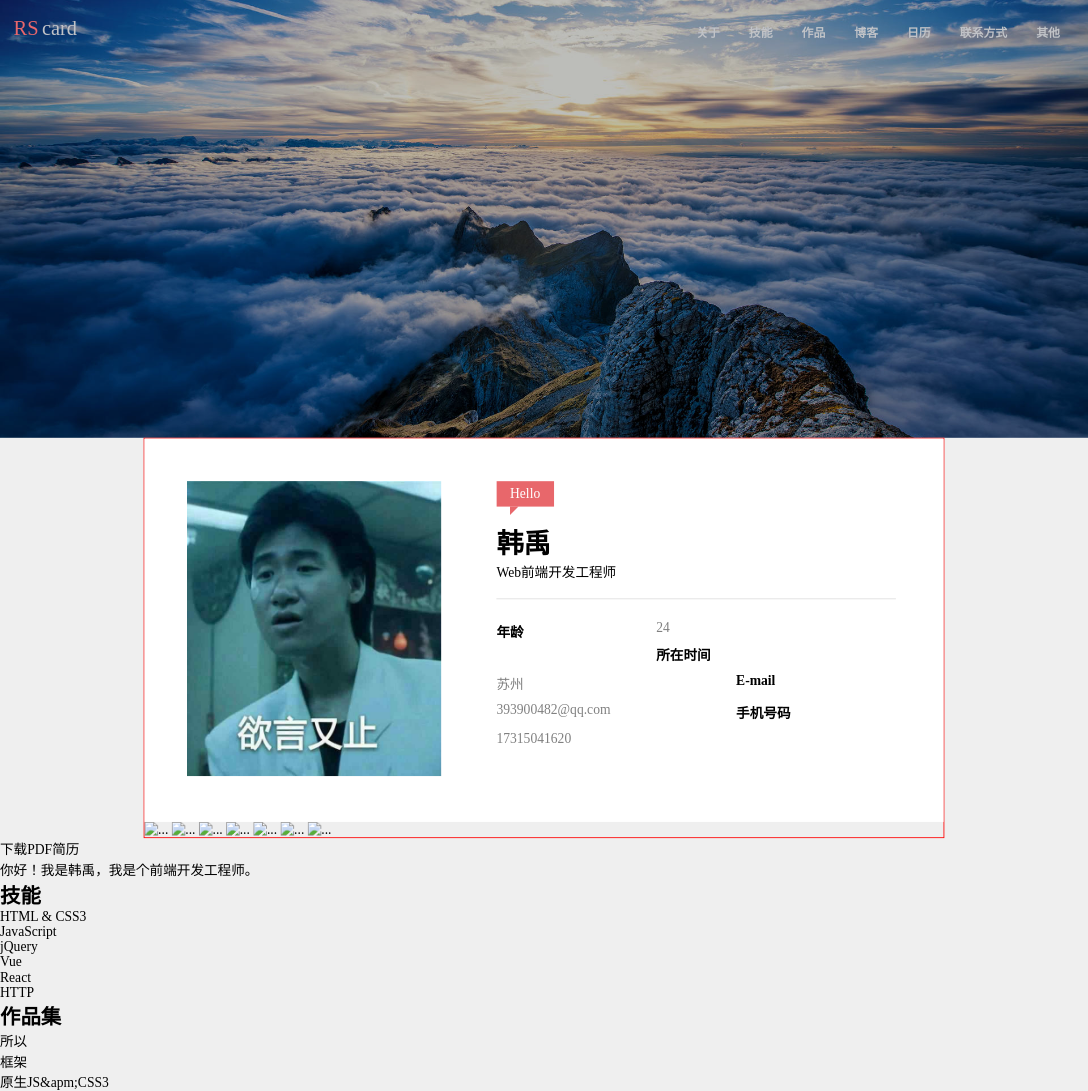
Repository: yorkHan/resume
Page: index.html
The author's editor kept a copy of each file at every save. The page is drawn from the files as they stood at one save, then again after a run of saves.
The browser window is 1280 px wide. The pictures show the whole page, at 85% of full size.

Above is the page before, as saved 2018-04-09 23:45:43.

After the next 3 saves:
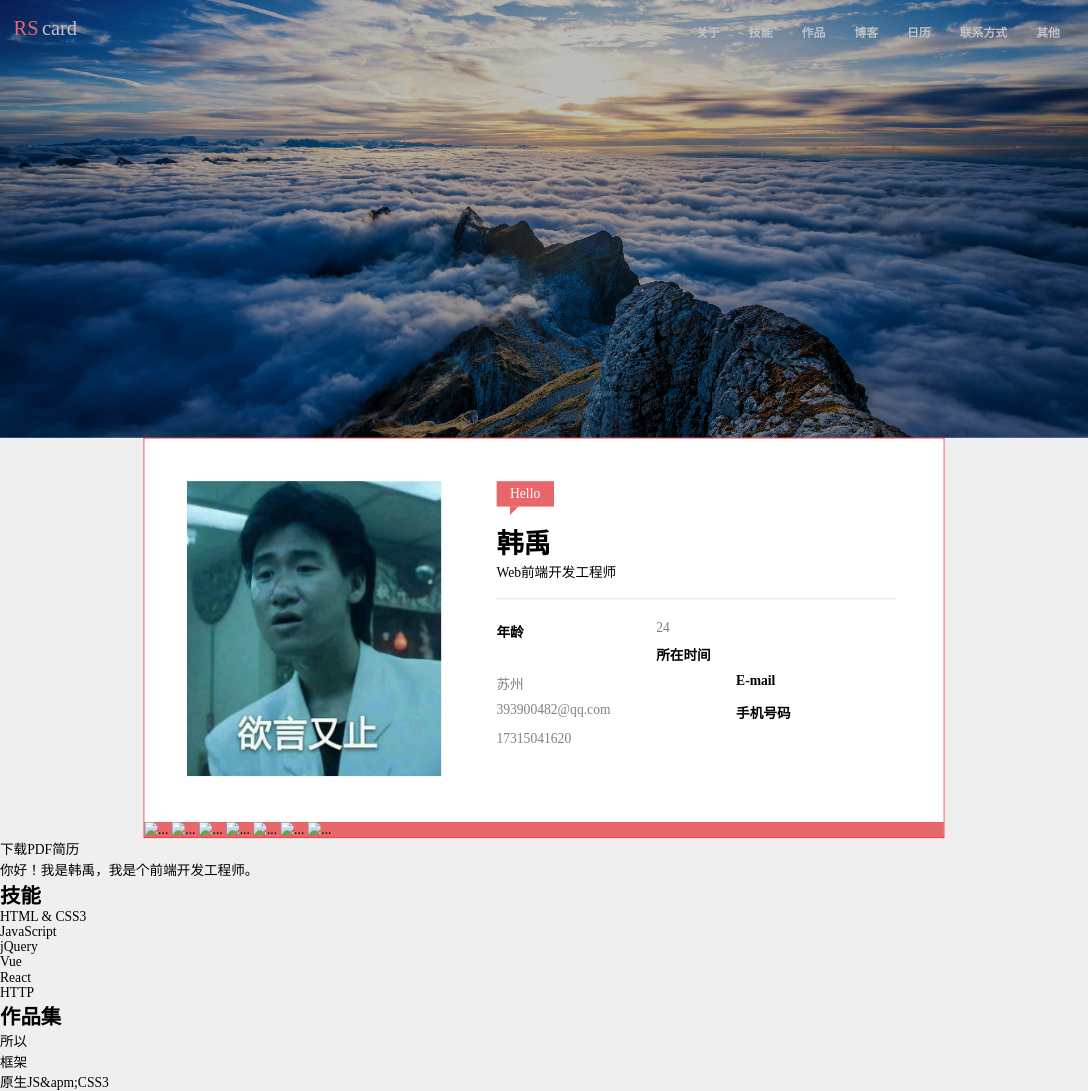
The 3 saves are shown as one change because they came seconds apart.
The last was saved 10 s later.
--- a/1.css
+++ b/1.css
@@ -113,7 +113,7 @@ hr{
     margin: 20px 0px;
 }
 .usercard footer.media {
-    background:
+    background: #E8676B;
 }
 .textAndPicture{
     background-color: #FFF;
